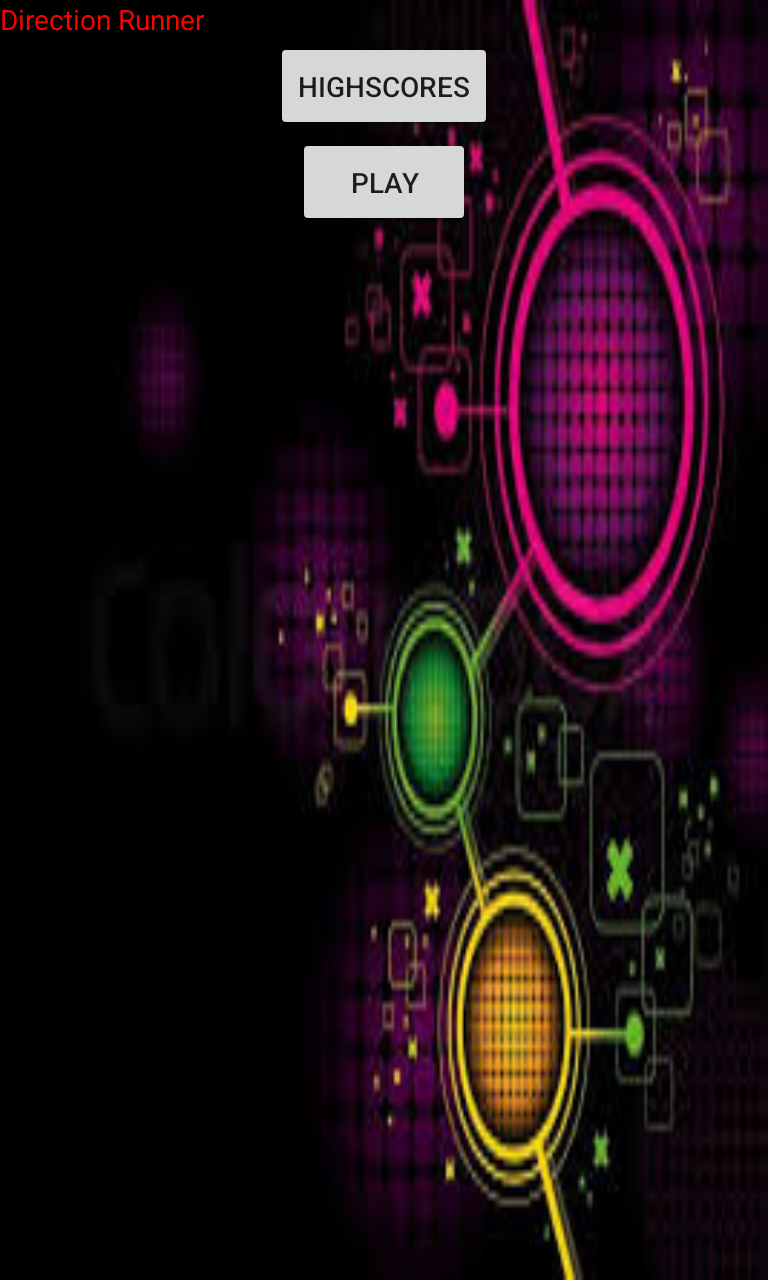
Repository: RedJaVa68/DirectionRunner
Layout: DirectionRunner/res/layout/activity_main.xml
An editor plug-in stored every save of this project. The layout is shown before and after the next save, followed by the edit.
It is drawn on a 768 x 1280 px phone screen (xhdpi) without system bars, with theme AppTheme; the app's code is not run.

Above is the layout before, as saved 2015-05-06 01:06:52.

After the next save:
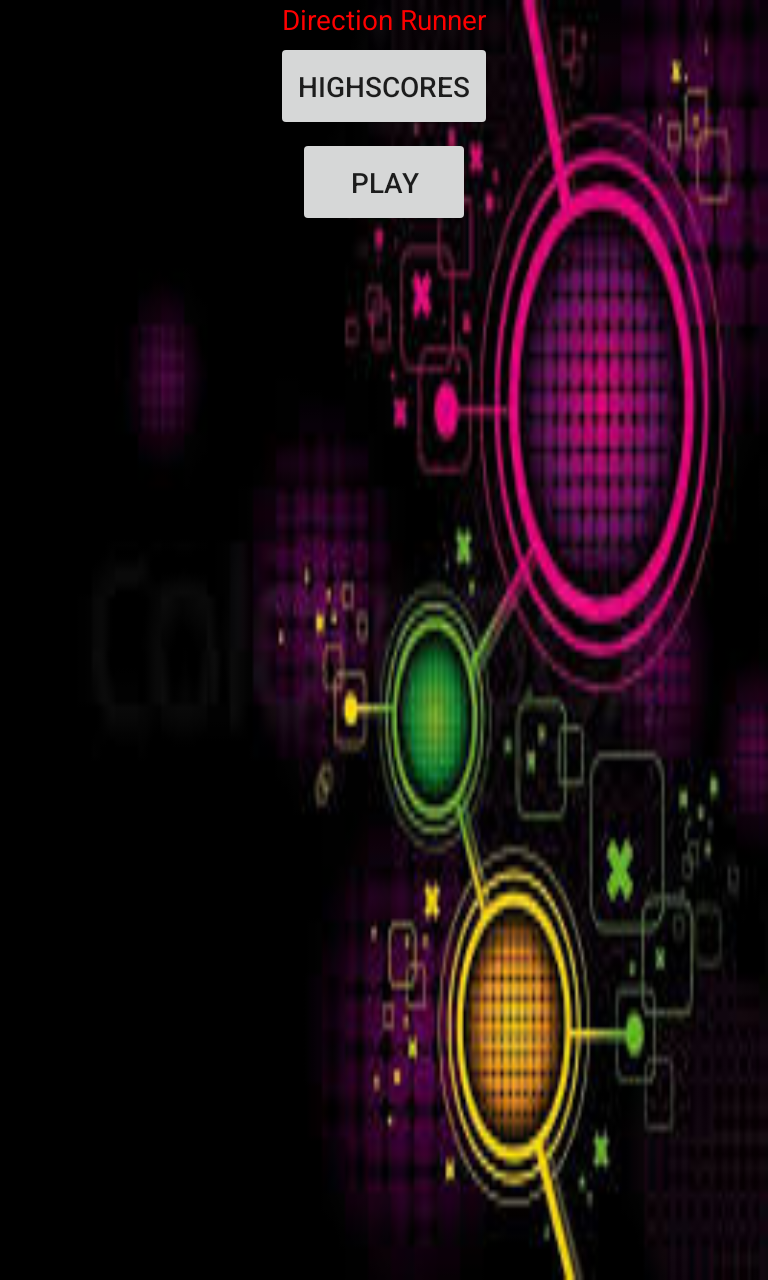
Saved 19 s later.
--- a/DirectionRunner/res/layout/activity_main.xml
+++ b/DirectionRunner/res/layout/activity_main.xml
@@ -7,9 +7,8 @@
     android:layout_height="fill_parent"
     android:background="@drawable/bg">
     <TextView
-        android:layout_width="fill_parent"
+        android:layout_width="wrap_content"
         android:layout_height="wrap_content"
-        android:layout_gravity="center_horizontal"
         android:text="Direction Runner"
         android:textColor="#ff0000"/>
     <Button
